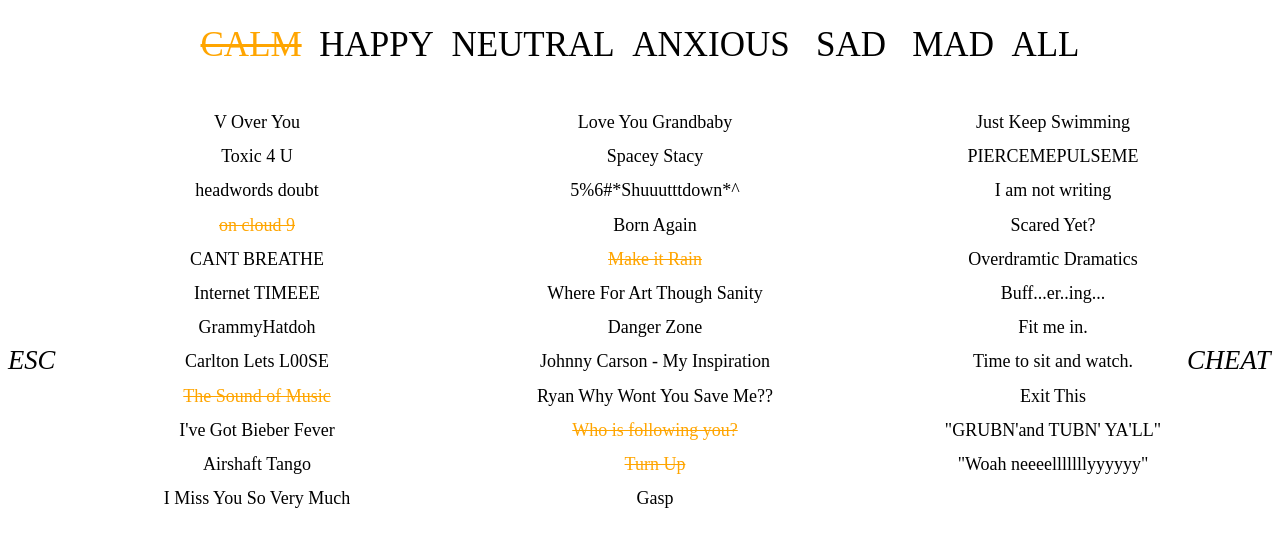
Repository: bradk647/bradk647.github.io
Page: cheat/calmcheat.html
The author's editor kept a record of every edit. The page is drawn from the files as they stood at one moment, then again after the next edit.
The browser window is 1280 px wide. The pictures show the whole page.

Above is the page before.

After the next edit:
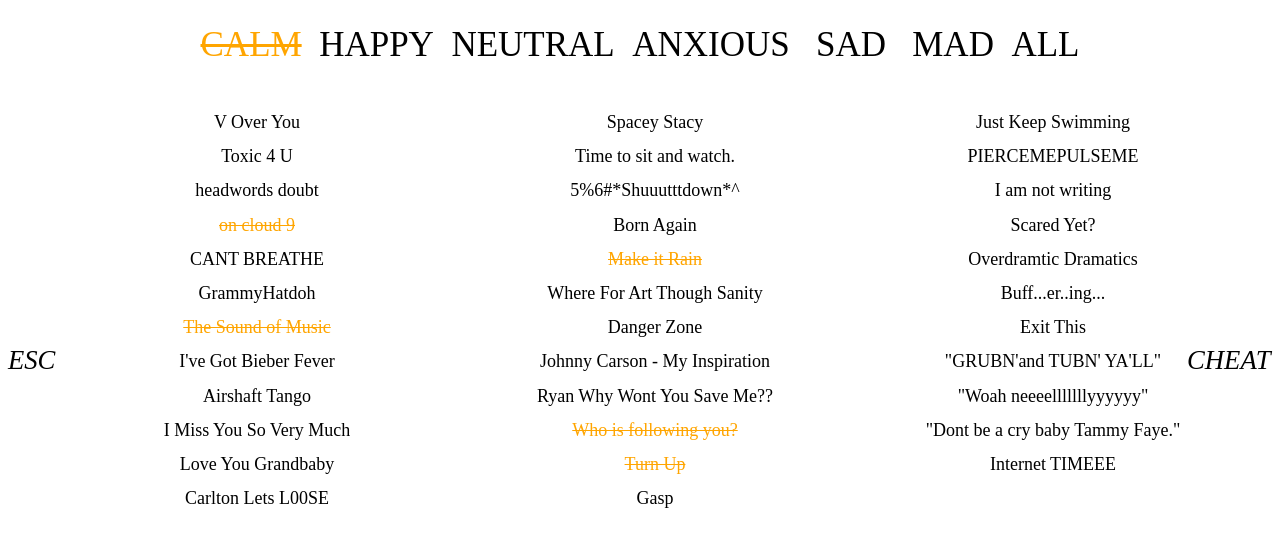
The edit:
--- a/cheat/calmcheat.html
+++ b/cheat/calmcheat.html
@@ -32,22 +32,22 @@
                 </div>
             </div>
 
-        <ul>
+       <ul>
 
             <a href="../bunny/VOverYou.html" div id="yellow"><li>V Over You</li></a>
             <a href="../bunny/brit.html" div id="red"><li>Toxic 4 U</li></a>
             <a href="../bunny/headwords.html" div id="blue"><li>headwords doubt</li></a>
             <a href="../bunny/clouds.html" div id="orange"><li>on cloud 9</li></a>
             <a href="../bunny/constriction.html" div id="green"><li>CANT BREATHE</li></a>
-            <a href="../bunny/alice.html" div id="yellow"><li>Internet TIMEEE</li></a>
             <a href="../bunny/GrammyHatdoh.html" div id="pink"><li>GrammyHatdoh</li></a>
-            <a href="../bunny/disco.html" div id="pink"><li>Carlton Lets L00SE</li></a>
             <a href="../bunny/moutaintop.html" div id="orange"><li>The Sound of Music</li></a>
             <a href="../bunny/bieber.html" div id="red"><li>I've Got Bieber Fever</li></a>
             <a href="../bunny/AirshaftTango.html" div id="green"><li>Airshaft Tango</li></a>
             <a href="../bunny/IMissYouSoVeryMuch.html" div id="blue"><li>I Miss You So Very Much</li></a>
             <a href="../bunny/oldpeople.html" div id="yellow"><li>Love You Grandbaby</li></a>
+            <a href="../bunny/disco.html" div id="pink"><li>Carlton Lets L00SE</li></a>
             <a href="../bunny/SpaceyStacy.html" div id="yellow"><li>Spacey Stacy</li></a>
+            <a href="../bunny/window.html" div id="yellow"><li>Time to sit and watch.</li></a>
             <a href="../bunny/Shutdown.html" div id="blue"><li>5%6#*Shuuutttdown*^</li></a>
             <a href="../bunny/BornAgain.html" div id="green"><li>Born Again</li></a>
             <a href="../bunny/MakeItRain.html" div id="orange"><li>Make it Rain</li></a>
@@ -64,12 +64,11 @@
             <a href="../bunny/knife.html" div id="red"><li>Scared Yet?</li></a>
             <a href="../bunny/overdrama.html" div id="blue"><li>Overdramtic Dramatics</li></a>
             <a href="../bunny/textmess.html" div id="yellow"><li>Buff...er..ing...</li></a>
-            <a href="../bunny/mold.html" div id="green"><li>Fit me in.</li></a>
-            <a href="../bunny/window.html" div id="yellow"><li>Time to sit and watch.</li></a>
             <a href="../bunny/exit.html" div id="blue"><li>Exit This</li></a>
             <a href="../bunny/snackz.html" div id="pink"><li>"GRUBN'and TUBN' YA'LL"</li></a>
             <a href="../bunny/indexvid1.html" div id="red"><li>"Woah neeeelllllllyyyyyy"</li></a>
-
+            <a href="../bunny/tammy.html" div id="blue"><li>"Dont be a cry baby Tammy Faye."</li></a>
+            <a href="../bunny/alice.html" div id="yellow"><li>Internet TIMEEE</li></a>
         </ul>
 
     </body>
